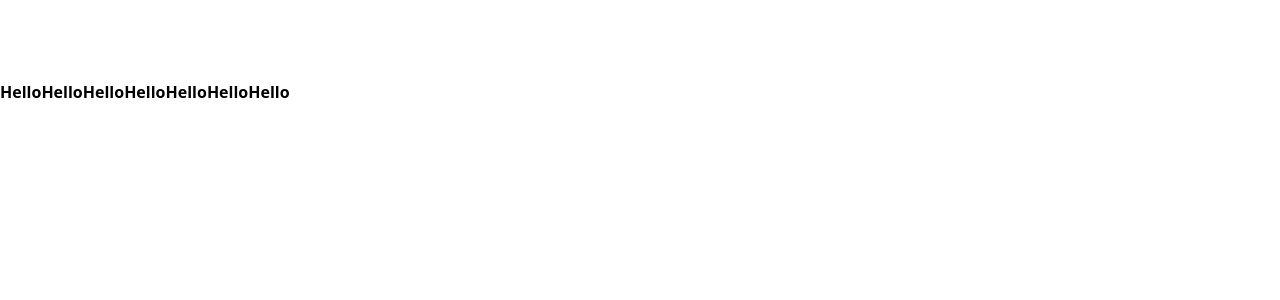
Repository: theanmol-raj/GoogleKeepCloneTutorial
Page: /
An editor plug-in stored every save of this project. The page is shown before and after the next save, followed by the edit.
The browser window is 1280 px wide. The pictures show the whole page.
Pictures or frames that could not be fetched are drawn as grey boxes. The project was rebuilt for these pictures with package versions that can differ from the ones it lists, and the page was loaded fresh each time.

Above is the page before, as saved 2022-08-31 14:44:01.

### public/index.html
<!DOCTYPE html>
<html lang="en">
  <head>
    <meta charset="utf-8" />
    <link rel="icon" href="%PUBLIC_URL%/favicon.ico" />
    <meta name="viewport" content="width=device-width, initial-scale=1" />
    <meta name="theme-color" content="#000000" />
    <meta
      name="description"
      content="Web site created using create-react-app"
    />
    <link rel="apple-touch-icon" href="%PUBLIC_URL%/logo192.png" />
    <!--
      manifest.json provides metadata used when your web app is installed on a
      user's mobile device or desktop. See https://developers.google.com/web/fundamentals/web-app-manifest/
    -->

    <!--
      Notice the use of %PUBLIC_URL% in the tags above.
      It will be replaced with the URL of the `public` folder during the build.
      Only files inside the `public` folder can be referenced from the HTML.

      Unlike "/favicon.ico" or "favicon.ico", "%PUBLIC_URL%/favicon.ico" will
      work correctly both with client-side routing and a non-root public URL.
      Learn how to configure a non-root public URL by running `npm run build`.
    -->
    <title>Google Keep Clone</title>
  </head>
  <body>
    <noscript>You need to enable JavaScript to run this app.</noscript>
    <div id="root"></div>
    <!--
      This HTML file is a template.
      If you open it directly in the browser, you will see an empty page.

      You can add webfonts, meta tags, or analytics to this file.
      The build step will place the bundled scripts into the <body> tag.

      To begin the development, run `npm start` or `yarn start`.
      To create a production bundle, use `npm run build` or `yarn build`.
    -->
  </body>
</html>

### src/App.js
import Homescreen from "./Screens/Homescreen";


function App() {
  return (
    <div className="App">
      <Homescreen />
    </div>
  );
}

export default App;

### src/Screens/Homescreen.jsx
import React, { useState } from 'react'
import Navbar from '../Components/Navbar';
import Sidebar from '../Components/Sidebar';

function Homescreen() {
    const [sidebar , SetSidebar] = useState(false);

    console.log(sidebar);

  return (
    <div className=''>
        {/* <Navbar showtitle="Keeper" cont={SetSidebar} prev={sidebar} /> */}
        <Sidebar sidebar={sidebar} />



    </div>
  )
}

export default Homescreen;

### src/Components/Sidebar.jsx
import React from 'react'

function Sidebar(props) {
  return (
    <div className={` ${props.sidebar? ' md:w-72' : ' w-0'} pt-20 transform transition-width duration-500 ease-out flex flex-row sidebar  font-semibold `}>
        <p>Hello</p>
        <p>Hello</p>
        <p>Hello</p>
        <p>Hello</p>
        <p>Hello</p>
        <p>Hello</p>
        <p>Hello</p>
    </div>
  )
}

export default Sidebar

### src/Components/Navbar.jsx
import React, { useState } from "react";
import MenuIcon from "@mui/icons-material/Menu";
import AppsIcon from "@mui/icons-material/Apps";
import SettingsIcon from "@mui/icons-material/Settings";
import ReplayIcon from "@mui/icons-material/Replay";
import ViewStreamIcon from "@mui/icons-material/ViewStream";

function Navbar(props) {

  const [search , setSearch] = useState(false);

  return (
    <div className=" fixed top-0 w-screen px-3 py-2 z-50 flex justify-between items-center border-b border-gray-300 shadow-md bg-white">
      <div className=" flex justify-center items-center space-x-5">
        <button onClick={() => props.cont(!props.prev)} className=" hover:bg-gray-200 p-3 rounded-full cursor-pointer">
          <MenuIcon />
        </button>
        <img
          className=" h-12"
          src="https://upload.wikimedia.org/wikipedia/commons/thumb/e/e5/Google_Keep_icon_%282020%29.svg/1200px-Google_Keep_icon_%282020%29.svg.png"
        />
        <h1 className=" capitalize text-2xl text-gray-600/ ">{props.showtitle}</h1>
      </div>
      <div className="w-full max-w-4xl">
        <input onClick={()=> setSearch(true)} onMouseLeave={()=>setSearch(false)} className={` cursor-pointer ${search ? 'bg-white shadow-md' : 'bg-gray-200' }  border rounded-3xl pl-8 pr-4  p-2 max-w-3xl w-full `} />
      </div>
      <div className=" flex items-center space-x-10">
        <div className=" flex items-center text-gray-700  text-2xl space-x-4 ">
          <ReplayIcon fontSize="inherit" />
          <ViewStreamIcon fontSize="inherit" />{" "}
          <SettingsIcon fontSize="inherit" />
        </div>
        <div className=" flex items-center space-x-2">
          <div className=" hover:bg-gray-200 p-2 text-gray-700  rounded-full cursor-pointer">
            <AppsIcon />
          </div>

          <img
            className=" h-10 p-1 bg-gray-200 rounded-full"
            src="https://lh3.googleusercontent.com/ogw/AOh-ky1Fa9Rwlqh07SdVbhvWC33ehzXYuprR8mErUyRtUQ=s32-c-mo"
          />
        </div>
      </div>
    </div>
  );
}

export default Navbar;

Loaded but not shown: src/index.js (common file); src/index.css (common file); tailwind.config.js (common file)

After the next save:
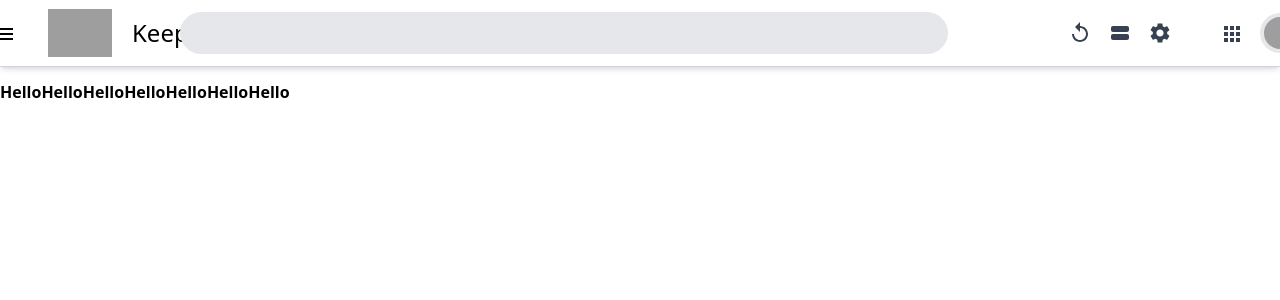
Saved 7 s later.
--- a/src/Screens/Homescreen.jsx
+++ b/src/Screens/Homescreen.jsx
@@ -9,7 +9,7 @@
 
   return (
     <div className=''>
-        {/* <Navbar showtitle="Keeper" cont={SetSidebar} prev={sidebar} /> */}
+        <Navbar showtitle="Keeper" cont={SetSidebar} prev={sidebar} />
         <Sidebar sidebar={sidebar} />
 
 
